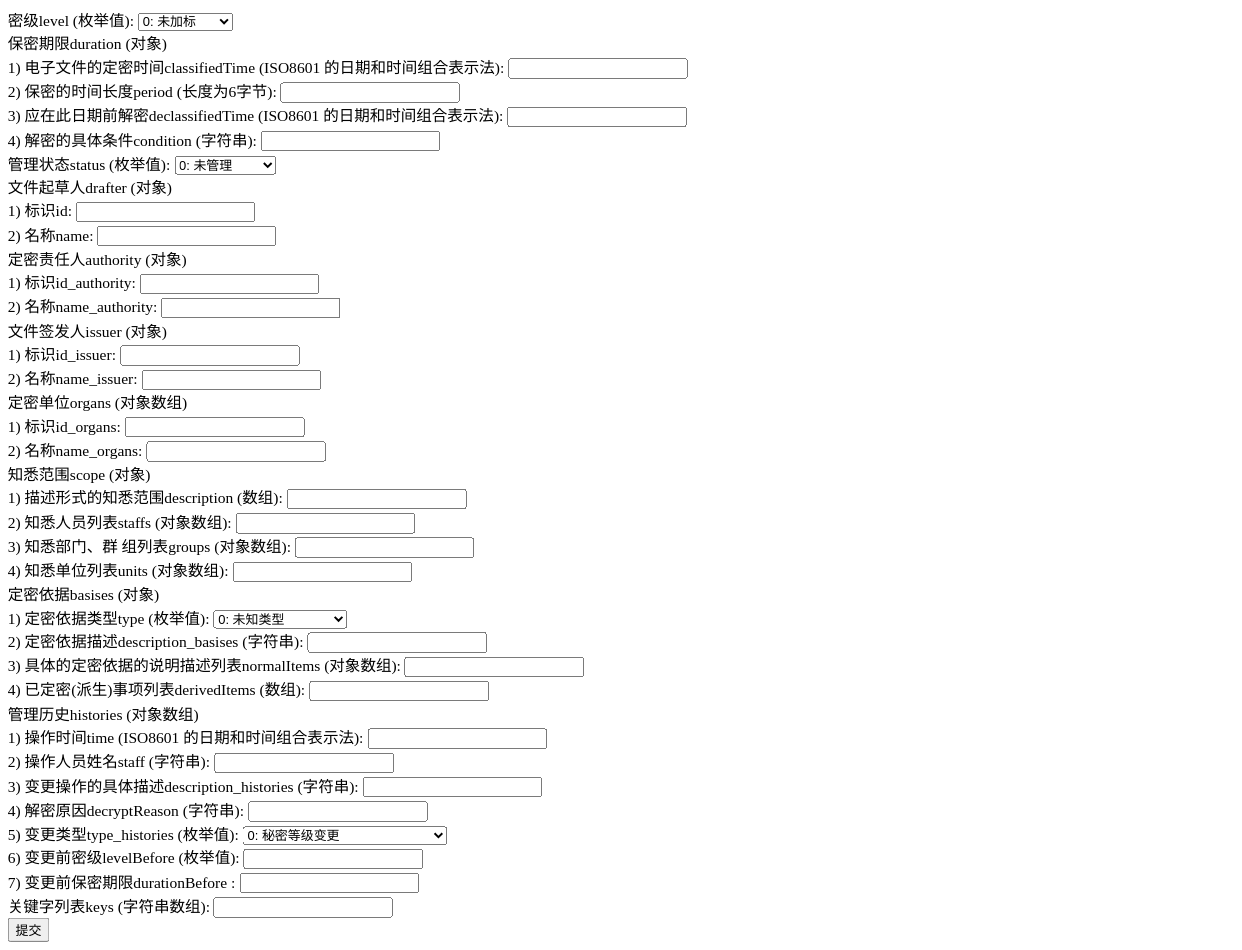
Repository: karlinglee93/eclipse-workspace
Page: jsp_test/WebContent/test.html
An editor plug-in stored every save of this project. The page is shown before and after the next save, followed by the edit.
The browser window is 1280 px wide. The pictures show the whole page, at 97% of full size.

Above is the page before, as saved 2018-07-04 09:24:04.

After the next save:
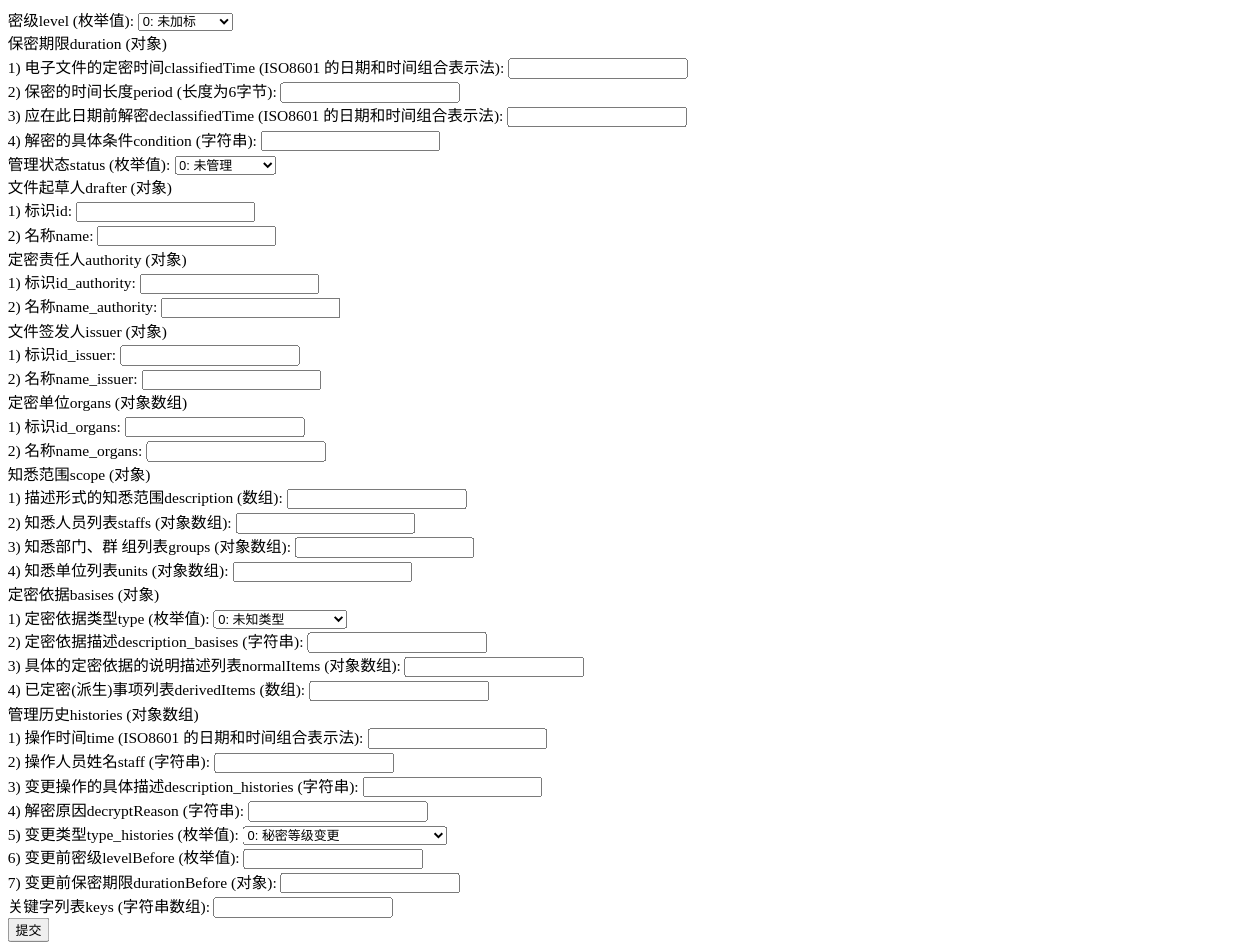
Saved 9 min 20 s later.
--- a/jsp_test/WebContent/test.html
+++ b/jsp_test/WebContent/test.html
@@ -159,7 +159,7 @@
 6) 变更前密级levelBefore (枚举值):
 <input type="text" name="levelBefore" />
 <br />
-7) 变更前保密期限durationBefore :
+7) 变更前保密期限durationBefore (对象):
 <input type="text" name="durationBefore" />
 <br />
 
